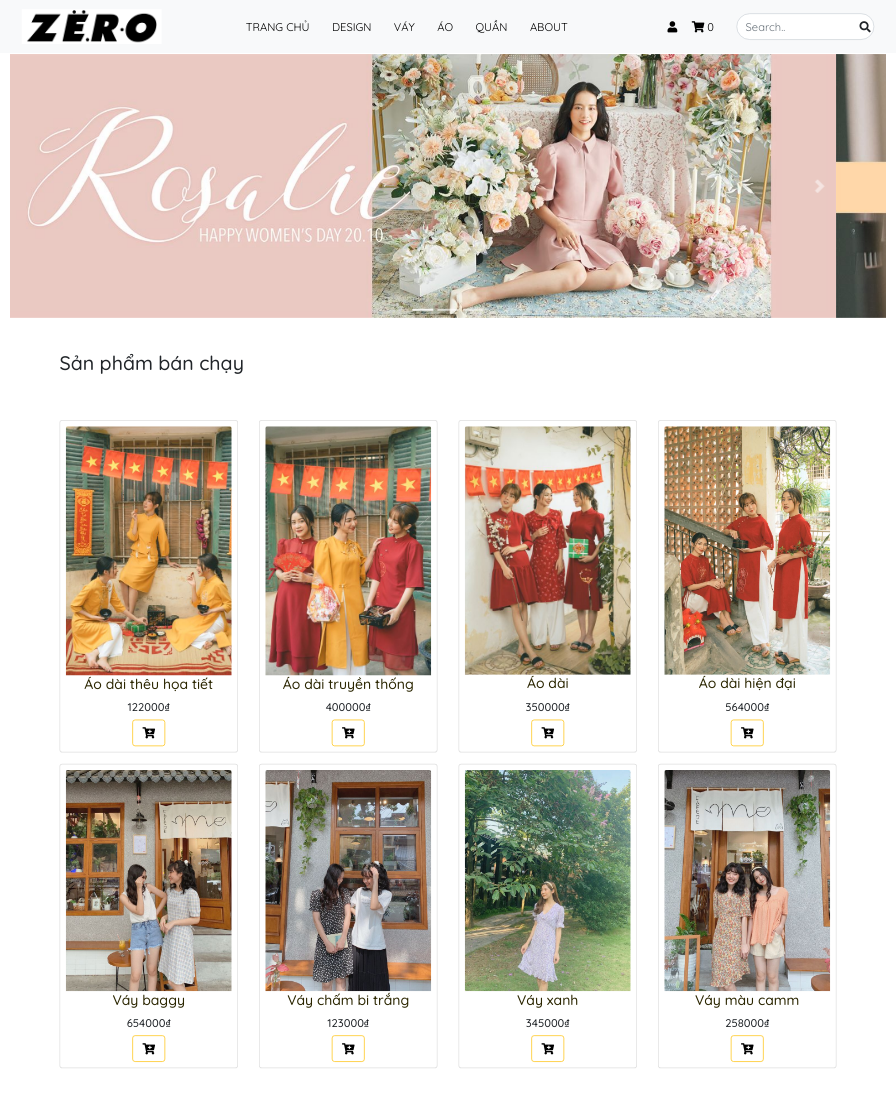
Repository: trang712/Zeroclothers
Page: index.html
These files come from the project's save history. The page is drawn as it stood at one moment and after a run of saves; the edit follows.
The browser window is 1280 px wide. The pictures show the whole page, at 70% of full size.
Some web libraries are served in a nearby version.

Above is the page before, as saved 2022-12-18 13:54:28.
Console error: TypeError: Cannot read properties of null (reading 'length')

### index.html
<!DOCTYPE html>
<html>

<head>
    <title>Store</title>

    <meta charset="UTF-8">
    <script src="https://code.jquery.com/jquery-3.3.1.slim.min.js"></script>
    <link rel="stylesheet" href="https://stackpath.bootstrapcdn.com/bootstrap/4.3.1/css/bootstrap.min.css">
    <link rel="stylesheet" href="css/style-1.css">

    <script src="https://cdnjs.cloudflare.com/ajax/libs/popper.js/1.14.7/umd/popper.min.js"></script>
    <script src="https://stackpath.bootstrapcdn.com/bootstrap/4.3.1/js/bootstrap.min.js"></script>
    <meta name="viewport" content="width=device-width, initial-scale=1, shrink-to-fit=no">
    <link rel="stylesheet" href="https://use.fontawesome.com/releases/v5.10.2/css/all.css">
    <link href="https://fonts.googleapis.com/css2?family=Quicksand:wght@400;500;600&display=swap" rel="stylesheet">
    <div id="fb-root"></div>
    <script async defer crossorigin="anonymous"
        src="https://connect.facebook.net/vi_VN/sdk.js#xfbml=1&version=v7.0"></script>
    <script>
        $('.carousel').carousel({
            interval: 200

        })
    </script>
</head>

<body>
    <!-- --header-- -->
    <div class="container-fluid header">
        <div class="container-fluid fixed-top bg-light">

            <nav class=" navbar  navbar-expand-lg">
                <a href="index.html" class="navbar-brand">
                    <div class="logo">
                        <img src="./img/logo-z.png" alt="">
                    </div>
                </a>
                <button class="navbar-toggler menu" data-target="#my-nav" data-toggle="collapse" aria-controls="my-nav"
                    aria-expanded="false" aria-label="Toggle navigation">
                    <span class="navbar-toggler-icon">
                        <i class="fas fa-bars"></i>
                    </span>
                </button>
                <div id="my-nav" class="collapse navbar-collapse">
                    <ul class="navbar-nav mr-auto header-menu">
                        <li class="nav-item active">
                            <a class="nav-link" href="index.html">TRANG CHỦ <span class="sr-only">(current)</span></a>
                        </li>
                        <li class="nav-item">
                            <a class="nav-link" href="#" tabindex="-1" aria-disabled="false">DESIGN</a>
                        </li>
                        <li class="nav-item">
                            <a class="nav-link" href="#" tabindex="-1" aria-disabled="true">VÁY</a>
                        </li>
                        <li class="nav-item">
                            <a class="nav-link" href="#" tabindex="-1" aria-disabled="true">ÁO</a>
                        </li>
                        <li class="nav-item">
                            <a class="nav-link" href="#" tabindex="-1" aria-disabled="true">QUẦN</a>
                        </li>
                        <li class="nav-item">
                            <a class="nav-link" href="#" tabindex="-1" aria-disabled="true">ABOUT</a>
                        </li>


                    </ul>
                    <div class="mr-3 cart">
                        <a href="#" onclick="checkLogin()">
                            <i class="fas fa-user"></i>
                        </a>


                        <a class="ml-3 mr-3" href="./cart.html">
                            <i class="fas fa-shopping-cart"></i>
                            <span id="total-item">0</span>
                        </a>

                    </div>
                    <div class="form-inline search">
                        <input type="text" class="form-control" placeholder="Search..">
                        <button type="submit" class="form-control btn">
                            <i class="fas fa-search"></i>
                        </button>
                    </div>

                </div>
            </nav>
        </div>

    </div>

    <!-- ---- -->

    <!-- --body-- -->
    <!-- --banner-- -->
    <div class="container-fluid banner">

        <div id="carouselExampleCaptions" class="carousel slide" data-ride="carousel">
            <ol class="carousel-indicators">
                <li data-target="#carouselExampleCaptions" data-slide-to="0" class="active"></li>
                <li data-target="#carouselExampleCaptions" data-slide-to="1"></li>
                <li data-target="#carouselExampleCaptions" data-slide-to="2"></li>
            </ol>
            <div class="carousel-inner">
                <div class="carousel-item active">
                    <img src="./img/banner-3.jpg" class="d-block w-100" alt="...">
                    <div class="carousel-caption d-none d-md-block">

                    </div>
                </div>
                <div class="carousel-item">
                    <img src="./img/banner-2.jpg" class="d-block w-100" alt="...">
                    <div class="carousel-caption d-none d-md-block">

                    </div>
                </div>
                <div class="carousel-item">
                    <img src="./img/banner-1.jpg" class="d-block w-100" alt="...">
                    <div class="carousel-caption d-none d-md-block">

                    </div>
                </div>
            </div>
            <a class="carousel-control-prev" href="#carouselExampleCaptions" role="button" data-slide="prev">
                <span class="carousel-control-prev-icon" aria-hidden="true"></span>
                <span class="sr-only">Previous</span>
            </a>
            <a class="carousel-control-next" href="#carouselExampleCaptions" role="button" data-slide="next">
                <span class="carousel-control-next-icon" aria-hidden="true"></span>
                <span class="sr-only">Next</span>
            </a>
        </div>

    </div>
    <!-- ---- -->
    <!-- --product-- -->
    <div class="container-fluid mt-5 mb-5">
        <div class="container product">
            <div class="h3 mb-5">Sản phẩm bán chạy</div>
            <div class="row" id="banchay">


            </div>
        </div>

    </div>

    <!-- ---- -->

    <!-- --footer-- -->
    <div class="container-fluid">

        <!-- --thongtin-- -->
        <!-- <div class="container info">

            <div class="row mt-5 mb-5">
                <div class="col-3 info-col">
                    <div class="h6">
                        GỌI MUA HÀNG(8:30 - 17:00)
                    </div>
                    <a href="tel:0395342134">

                        <i class="fas fa-phone-alt"></i>
                        033 892 7972
                    </a>

                    <div class="info-foot">Tất cả các ngày trong tuần</div>
                </div>
                <div class="col-3 info-col">
                    <div class="h6">GỌI MUA HÀNG(8:30 - 17:00) </div>

                    <a href="tel:0395342134">
                        <i class="fas fa-phone-alt"></i>
                        033 892 7972
                    </a>

                    <div class="info-foot">Tất cả các ngày trong tuần</div>
                </div>

                <div class="col-3">
                    <div class="h6">ĐĂNG KÍ NHẬN THÔNG TIN MỚI</div>
                    <form action="" class="form-inline">
                        <input type="text" class="form-control" style="width: 60%;">
                        <a href="" class=" btn btn-outline-dark">Đăng kí</a>
                    </form>
                </div>
                <div class="col-3 info-social">
                    <div class="h6">THEO DÕI CHÚNG TÔI</div>
                    <div class="row">
                        <div class="col-3">
                            <a href="">
                                <i class="fab fa-facebook-f"></i>
                            </a>
                        </div>
                        <div class="col-3">
                            <a href="">
                                <i class="fab fa-instagram"></i>
                            </a>
                        </div>
                        <div class="col-3">
                            <a href="">
                                <i class="fab fa-youtube"></i>
                            </a>
                        </div>
                        <div class="col-3">
                            <a href="">
                                <i class="fab fa-twitter"></i>

                            </a>
                        </div>
                    </div>
                </div>
            </div>

        </div>
        ---- -->
        <!-- --footer-- -->
        <!-- <div class="container-fluid footer-3">
            <div class="container">
                <div class="row">
                    <div class="col-3 link-support">
                        <div class="h6">HỖ TRỢ KHÁCH HÀNG</div>
                        <ul>
                            <li>
                                <a href="">Hướng dẫn mua hàng</a>
                            </li>
                            <li>
                                <a href="">Chính sách đổi/trả</a>
                            </li>
                            <li>
                                <a href="">Hình thức thanh toán</a>
                            </li>
                            <li>
                                <a href="">Chính sách giao hàng</a>
                            </li>
                            <li>
                                <a href="">Thông tin bảo mật</a>
                            </li>
                            <li>
                                <a href="">Liên hệ</a>
                            </li>
                        </ul>
                    </div>
                    <div class="col-3 link-support">
                        <div class="h6">HỆ THỐNG CỬA HÀNG</div>
                        <ul>
                            <li>
                                Zero Shop
                            </li>
                            <li class="text">
                                Địa chỉ: Chung Cư Đông Hải, Tô Ký, Tân Chánh Hiệp, Quận 12
                            </li>
                            <li>
                                Phone : 033 892 7972
                            </li>
                        </ul>
                    </div>
                    <div class="col-3 link-support">
                        <div class="h6">VỀ CHÚNG TÔI</div>
                        <div class="text">Với hơn 20 cửa hàng trải dài cả nước, Germe hy vọng sẽ mang đến sự phục vụ chu
                            đáo cho tất
                            cả các khách hàng. Hệ thống cửa hàng thời trang Germe luôn luôn lắng nghe những ý kiến đóng
                            góp từ các khách hàng với mục tiêu đẩy mạnh dịch vụ, mở rộng hệ thống và làm hài lòng những
                            vị khách đến trên toàn quốc.</div>
                    </div>
                    <div class="col-3">
                        <div class="h6">FANPAGE CHÚNG TÔI</div>
                        <div class="fb-page" data-href="https://www.facebook.com/motplus/" data-tabs="timeline"
                            data-width="360" data-height="200" data-small-header="false"
                            data-adapt-container-width="true" data-hide-cover="false" data-show-facepile="true">
                            <blockquote cite="https://www.facebook.com/motplus/" class="fb-xfbml-parse-ignore"><a
                                    href="https://www.facebook.com/motplus/">Mọt +</a></blockquote>
                        </div>
                    </div>
                </div>
            </div>
        </div> -->
        <!-- ---- -->
    </div>
    <!-- ---- -->


</body>
<script src="js/product.js"></script>
<script src="js/product2.js"></script>
<script src="js/control.js"></script>
<script src="./js/user.js"></script>



</html>

### css/style-1.css

html, body, div, span, applet, object, iframe,
h1, h2, h3, h4, h5, h6, p, blockquote, pre,
a, abbr, acronym, address, big, cite, code,
del, dfn, em, img, ins, kbd, q, s, samp,
small, strike, strong, sub, sup, tt, var,
b, u, i, center,
dl, dt, dd, ol, ul, li,
fieldset, form, label, legend,
table, caption, tbody, tfoot, thead, tr, th, td,
article, aside, canvas, details, embed,
figure, figcaption, footer, header, hgroup,
menu, nav, output, ruby, section, summary,
time, mark, audio, video {
  margin: 0;
 padding: 0;
 border: 0;
 font-size: 100%;
 font: inherit;
 vertical-align: baseline;
}

/* make sure to set some focus styles for accessibility */
:focus {
    outline: 0;
}

/* HTML5 display-role reset for older browsers */
article, aside, details, figcaption, figure,
footer, header, hgroup, menu, nav, section {
 display: block;
}

body {
 line-height: 1;
}

ol, ul {
 list-style: none;
}

blockquote, q {
 quotes: none;
}

blockquote:before, blockquote:after,
q:before, q:after {
 content: '';
 content: none;
}

table {
 border-collapse: collapse;
 border-spacing: 0;
}

input[type=search]::-webkit-search-cancel-button,
input[type=search]::-webkit-search-decoration,
input[type=search]::-webkit-search-results-button,
input[type=search]::-webkit-search-results-decoration {
    -webkit-appearance: none;
    -moz-appearance: none;
}

input[type=search] {
    -webkit-appearance: none;
    -moz-appearance: none;
    -webkit-box-sizing: content-box;
    -moz-box-sizing: content-box;
    box-sizing: content-box;
}

textarea {
    overflow: auto;
    vertical-align: top;
    resize: vertical;
}

/**
 * Correct `inline-block` display not defined in IE 6/7/8/9 and Firefox 3.
 */

audio,
canvas,
video {
    display: inline-block;
    *display: inline;
    *zoom: 1;
    max-width: 100%;
}

/**
 * Prevent modern browsers from displaying `audio` without controls.
 * Remove excess height in iOS 5 devices.
 */

audio:not([controls]) {
    display: none;
    height: 0;
}

/**
 * Address styling not present in IE 7/8/9, Firefox 3, and Safari 4.
 * Known issue: no IE 6 support.
 */

[hidden] {
    display: none;
}

/**
 * 1. Correct text resizing oddly in IE 6/7 when body `font-size` is set using
 *    `em` units.
 * 2. Prevent iOS text size adjust after orientation change, without disabling
 *    user zoom.
 */

html {
    font-size: 100%; /* 1 */
    -webkit-text-size-adjust: 100%; /* 2 */
    -ms-text-size-adjust: 100%; /* 2 */
    font-family: 'Open Sans';

}

/**
 * Address `outline` inconsistency between Chrome and other browsers.
 */

a:focus {
    outline: thin dotted;
}

/**
 * Improve readability when focused and also mouse hovered in all browsers.
 */

a:active,
a:hover {
    outline: 0;
}

/**
 * 1. Remove border when inside `a` element in IE 6/7/8/9 and Firefox 3.
 * 2. Improve image quality when scaled in IE 7.
 */

img {
    border: 0; /* 1 */
    -ms-interpolation-mode: bicubic; /* 2 */
}

/**
 * Address margin not present in IE 6/7/8/9, Safari 5, and Opera 11.
 */

figure {
    margin: 0;
}

/**
 * Correct margin displayed oddly in IE 6/7.
 */

form {
    margin: 0;
}

/**
 * Define consistent border, margin, and padding.
 */

fieldset {
    border: 1px solid #c0c0c0;
    margin: 0 2px;
    padding: 0.35em 0.625em 0.75em;
}

/**
 * 1. Correct color not being inherited in IE 6/7/8/9.
 * 2. Correct text not wrapping in Firefox 3.
 * 3. Correct alignment displayed oddly in IE 6/7.
 */

legend {
    border: 0; /* 1 */
    padding: 0;
    white-space: normal; /* 2 */
    *margin-left: -7px; /* 3 */
}

/**
 * 1. Correct font size not being inherited in all browsers.
 * 2. Address margins set differently in IE 6/7, Firefox 3+, Safari 5,
 *    and Chrome.
 * 3. Improve appearance and consistency in all browsers.
 */

button,
input,
select,
textarea {
    font-size: 100%; /* 1 */
    margin: 0; /* 2 */
    vertical-align: baseline; /* 3 */
    *vertical-align: middle; /* 3 */
}

/**
 * Address Firefox 3+ setting `line-height` on `input` using `!important` in
 * the UA stylesheet.
 */

button,
input {
    line-height: normal;
}

/**
 * Address inconsistent `text-transform` inheritance for `button` and `select`.
 * All other form control elements do not inherit `text-transform` values.
 * Correct `button` style inheritance in Chrome, Safari 5+, and IE 6+.
 * Correct `select` style inheritance in Firefox 4+ and Opera.
 */

button,
select {
    text-transform: none;
}

/**
 * 1. Avoid the WebKit bug in Android 4.0.* where (2) destroys native `audio`
 *    and `video` controls.
 * 2. Correct inability to style clickable `input` types in iOS.
 * 3. Improve usability and consistency of cursor style between image-type
 *    `input` and others.
 * 4. Remove inner spacing in IE 7 without affecting normal text inputs.
 *    Known issue: inner spacing remains in IE 6.
 */

button,
html input[type="button"], /* 1 */
input[type="reset"],
input[type="submit"] {
    -webkit-appearance: button; /* 2 */
    cursor: pointer; /* 3 */
    *overflow: visible;  /* 4 */
}

/**
 * Re-set default cursor for disabled elements.
 */

button[disabled],
html input[disabled] {
    cursor: default;
}

/**
 * 1. Address box sizing set to content-box in IE 8/9.
 * 2. Remove excess padding in IE 8/9.
 * 3. Remove excess padding in IE 7.
 *    Known issue: excess padding remains in IE 6.
 */

input[type="checkbox"],
input[type="radio"] {
    box-sizing: border-box; /* 1 */
    padding: 0; /* 2 */
    *height: 13px; /* 3 */
    *width: 13px; /* 3 */
}

/**
 * 1. Address `appearance` set to `searchfield` in Safari 5 and Chrome.
 * 2. Address `box-sizing` set to `border-box` in Safari 5 and Chrome
 *    (include `-moz` to future-proof).
 */

input[type="search"] {
    -webkit-appearance: textfield; /* 1 */
    -moz-box-sizing: content-box;
    -webkit-box-sizing: content-box; /* 2 */
    box-sizing: content-box;
}

/**
 * Remove inner padding and search cancel button in Safari 5 and Chrome
 * on OS X.
 */

input[type="search"]::-webkit-search-cancel-button,
input[type="search"]::-webkit-search-decoration {
    -webkit-appearance: none;
}

/**
 * Remove inner padding and border in Firefox 3+.
 */

button::-moz-focus-inner,
input::-moz-focus-inner {
    border: 0;
    padding: 0;
}

/**
 * 1. Remove default vertical scrollbar in IE 6/7/8/9.
 * 2. Improve readability and alignment in all browsers.
 */

textarea {
    overflow: auto; /* 1 */
    vertical-align: top; /* 2 */
}

/**
 * Remove most spacing between table cells.
 */

table {
    border-collapse: collapse;
    border-spacing: 0;
}

html,
button,
input,
select,
textarea {
    color: #222;
}


::-moz-selection {
    background: #b3d4fc;
    text-shadow: none;
}

::selection {
    background: #b3d4fc;
    text-shadow: none;
}

img {
    vertical-align: middle;
}

fieldset {
    border: 0;
    margin: 0;
    padding: 0;
}

textarea {
    resize: vertical;
}

.chromeframe {
    margin: 0.2em 0;
    background: #ccc;
    color: #000;
    padding: 0.2em 0;
}
/* Chrome, Safari, Edge, Opera */
input::-webkit-outer-spin-button,
input::-webkit-inner-spin-button {
  -webkit-appearance: none;
  margin: 0;
}

/* Firefox */
input[type=number] {
  -moz-appearance: textfield;
}
body{
    font-size: 16px;
    font-family: 'Quicksand', sans-serif;
}


.header{
    background: white;
}
button .menu{
    color: black!important;
}
.menu i{
    transition: all 1s;
    font-size: 150%;
}

.menu i:hover {
    transform: rotate(-90deg);
}

.header-menu li{
    margin-left: 1rem!important;
}
.header-menu li a{
    font-weight: 400;
}
.head-info{
    color: rgb(71, 71, 71);
}
.head-info i{
    color: rgb(71, 71, 71);
    font-size: 100%!important;
    margin-top: 0.7rem;
}
.banner{
    margin-top: 6%;
}
.logo{
    width: 200px;
    margin-right: 5rem;
}
.logo img{
    width: 100%;
}
.search input{
    border-radius: 20px;
}
.search button{
    border-radius: 20px;
    position: absolute;
    left: 96%;
}
.search button i{
    font-size: 100%;
    width: auto;
}

.header nav ul li a{
    color: black;
    /* font-weight: 1000; */
border-bottom: 1px rgba(0, 0, 0, 0) solid;

}
.header nav ul li:hover a{
border-bottom: 1px black solid;
}

.product span{
    width: 20%;
    margin: 0 auto;
    /* margin-left: 40%; */
    transition: all 1s;
    color: rgb(0, 0, 0);

}
.product-title a{
    text-decoration: none;
    color: rgb(43, 38, 0)!important;
  }
.product span:hover{
    width: 90%;
}


.footer-3{
    background: rgb(245, 243, 243);
    padding: 1rem;
}


.footer-3 ul li{
    margin-top: 0.5rem;

}
.link-support ul li, .link-support ul li a{
    font-size: 12.5px;

}
.link-support ul li a{
    text-decoration: none;
    color: black;
}
.link-support ul li:hover a{
    color: brown;
}
.link-support .text{
    font-size: 13px;
    line-height: 1.5;
}

.info-col a , .info-col i{
    font-size: 28px;
    text-decoration: none!important;
    color: black;
}
.info-col a i{
    color: red;
}
.info-col:hover a, .info-col:hover i {
    color: rgba(3, 189, 111, 0.966);
}
.info-social i{
    font-size: 26px;
}
.info-foot{
    font-size: 14px;
    margin-top: 0.8rem;
}
.minus-item{
    /* margin-left: 2rem; */
    border-radius: 0!important;
}
.cart-count{
    border: 1px black solid!important;
    margin: 0 0.5px!important;
    border-radius: 0!important;
}
.cart i{
    color: black;
}
.thanhtoan{
    width: 100%;
}
.thanhtoan button{
    width: 95%;

}
.thanhtoan .price{
    background: rgba(180, 180, 180, 0.192);
    border-radius: 9px;
    padding: 1rem;
}
/* .price-text{
    font-family: 'Quicksand', sans-serif;
    font-size: 120%;

} */
.total-1{
    font-size: 120%;
}
.total{
    font-size: 150%;
    color: red;
}
.require-cart{
    display: none;

  }
  .thongtins{
    display: none;
    position: fixed;
    width: 60%;
    top: 20%;
    left: 20%;
  }
  #xacnhandathang{
    display: none;
    position: fixed;
    width: 60%;
    top: 20%;
    left: 20%;
  }
.chitietsanpham{
    padding-top: 2.5rem;
}
.sanpham{
    display: flex;
}

.sanpham .hinhanh{
    width: 60%;
}
.sanpham .hinhanh img{
    width: 100%;
}
.sanpham .content{
    display: flex;
    flex-direction: column;
    padding-left: 2rem;
}
.sanpham .content .title-name{
    display: block;
}
.sanpham .content .title-ma{
    display: block;
}
.sanpham .content .title-trangthai{
    display: block;
    margin: 0.5rem 0;
font-weight: 700;
}
.title{
    border-bottom: 1px solid rgba(75, 75, 75, 0.13);
    margin-bottom: 0.5rem;
}
.content .price{
    font-weight: 700;
    font-size: 150%;
}
.themhang{
    margin-top: 1rem;
}
.giaohang{
    display: flex;
    margin-top: 1rem;
    margin-left: 0rem;
}
.giaohang-content p{
    font-size: 80%;
    font-weight: 400;
}
.giaohang-content h4{
    font-weight: 450;
}
.giaohang-content{
    margin-left: 0.7rem;
}
.cart:hover a{
    text-decoration: none;
}
#total-item{
    color: black;
    text-decoration: none;
  }
  #total-item:hover{
    text-decoration: none;
  }

Loaded but not shown: js/control.js (372 lines, source omitted); js/user.js (237 lines, source omitted); js/product2.js (93 lines, source omitted); js/product.js (94 lines, source omitted)

After the next 3 saves:
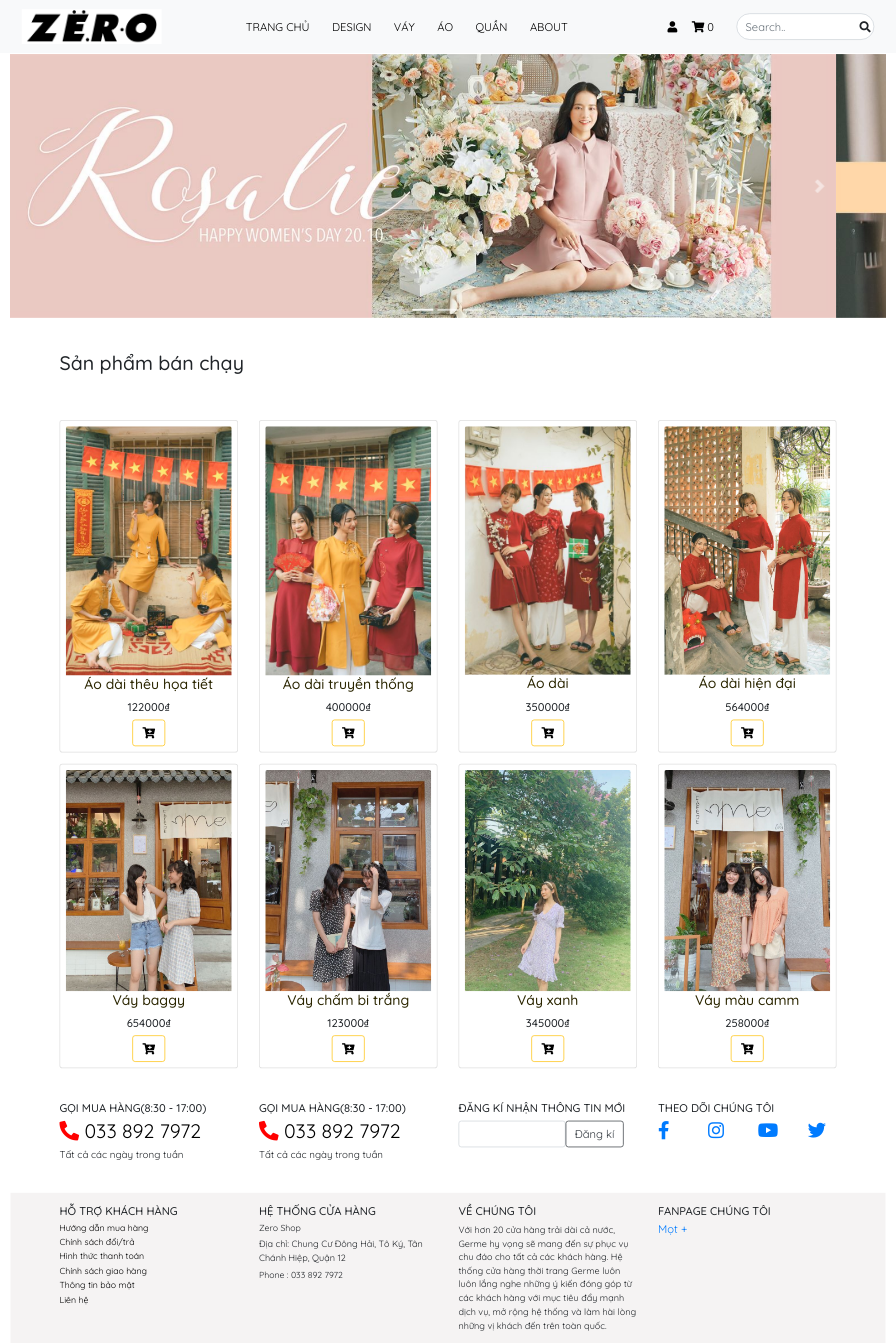
The 3 saves are shown as one change because they came seconds apart.
The last was saved 19 s later.
--- a/index.html
+++ b/index.html
@@ -152,7 +152,7 @@
     <div class="container-fluid">
 
         <!-- --thongtin-- -->
-        <!-- <div class="container info">
+        <div class="container info">
 
             <div class="row mt-5 mb-5">
                 <div class="col-3 info-col">
@@ -214,9 +214,9 @@
             </div>
 
         </div>
-        ---- -->
+        <!-- ---- -->
         <!-- --footer-- -->
-        <!-- <div class="container-fluid footer-3">
+        <div class="container-fluid footer-3">
             <div class="container">
                 <div class="row">
                     <div class="col-3 link-support">
@@ -275,7 +275,7 @@
                     </div>
                 </div>
             </div>
-        </div> -->
+        </div>
         <!-- ---- -->
     </div>
     <!-- ---- -->
